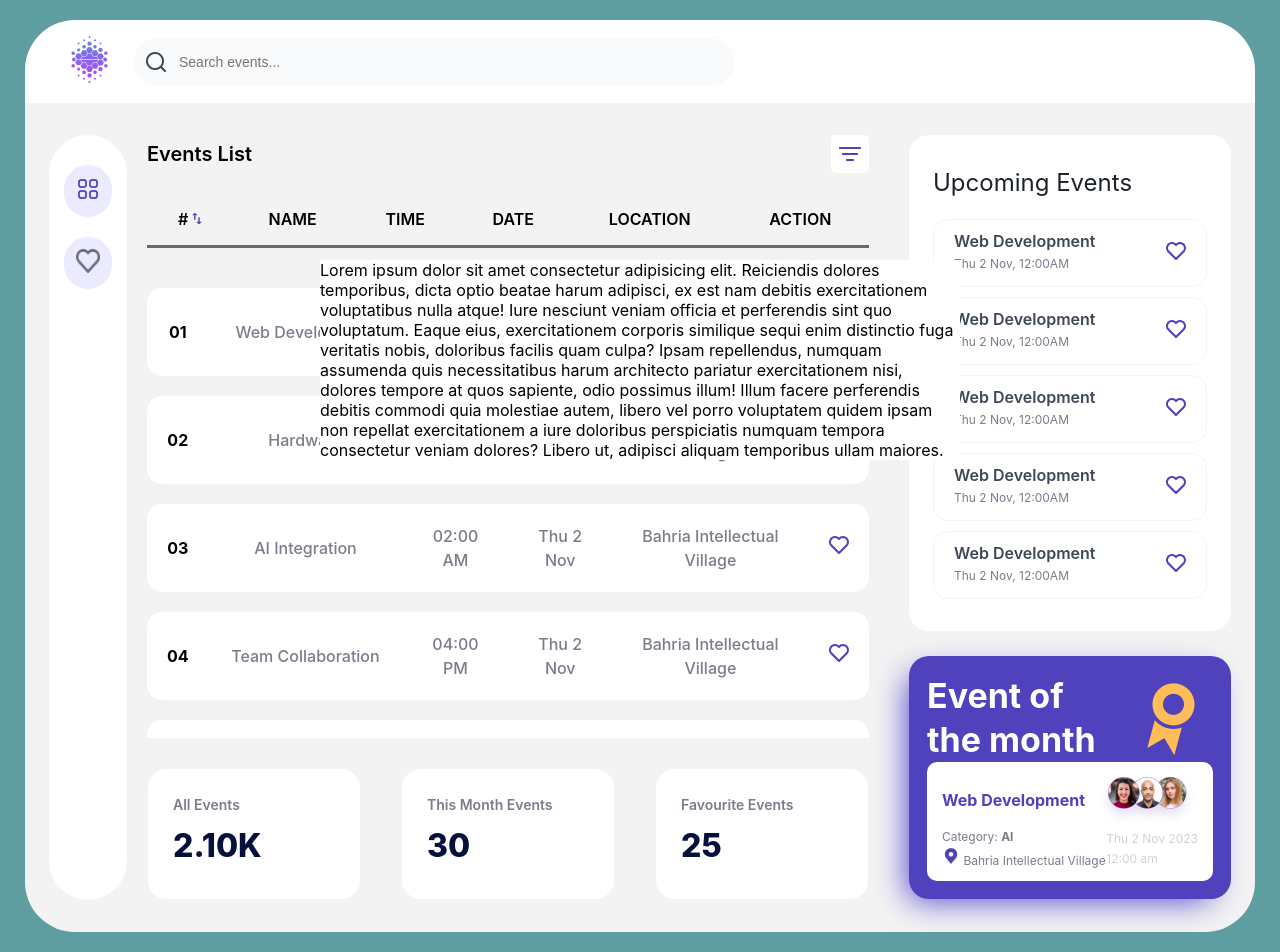
Repository: ahmadunitedsol710/react-dashboard
Page: /, after clicking the first element matching `tr.body_row`
An editor plug-in stored every save of this project. The page is shown before and after the next save, followed by the edit.
The browser window is 1280 px wide. The pictures show the whole page.
An inner scrolling area shows only its first screen. The project was rebuilt for these pictures with package versions that can differ from the ones it lists, and the page was loaded fresh each time.

Above is the page before, as saved 2024-08-02 09:27:23.

After the next save:
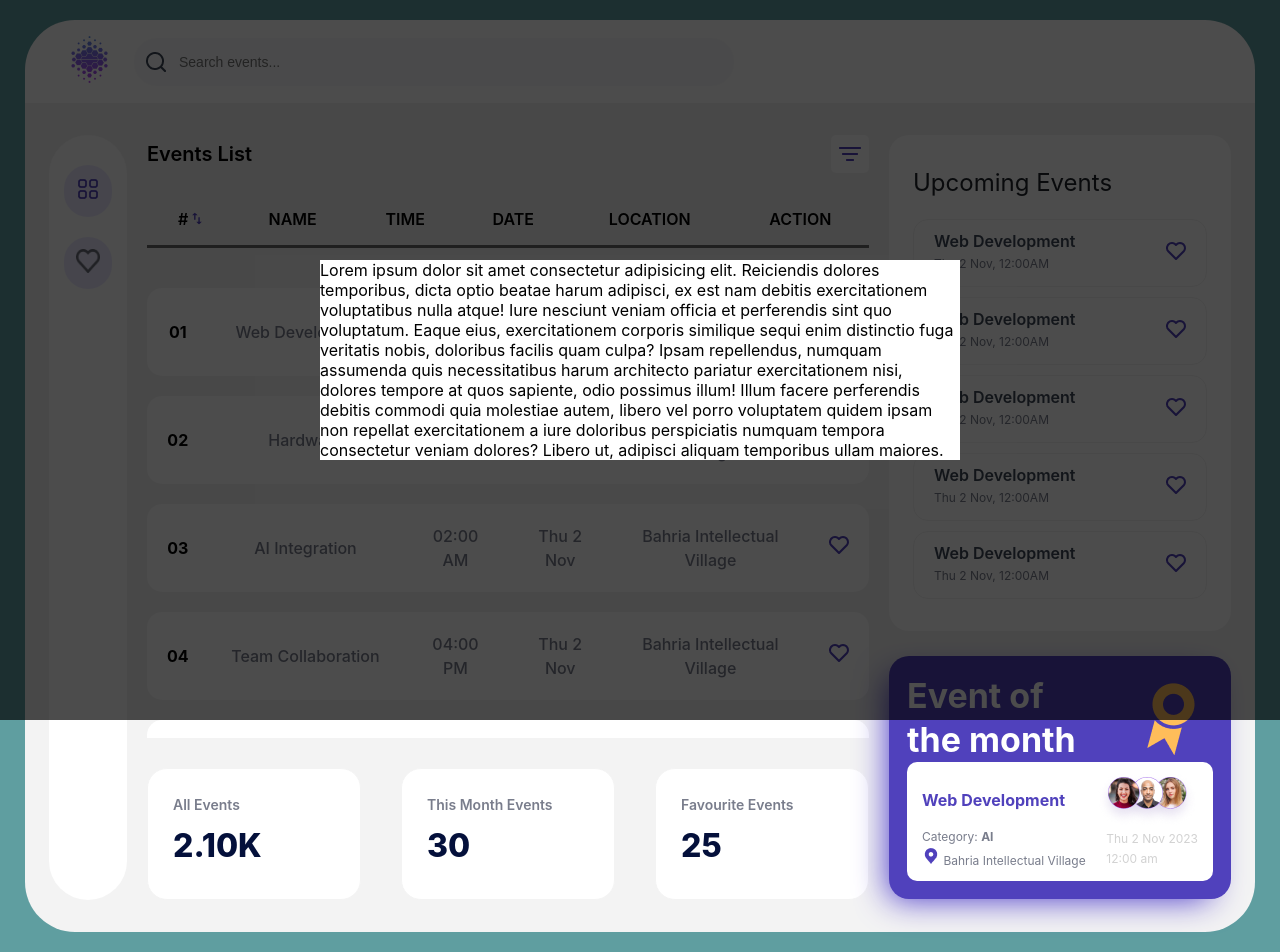
Saved 7 s later.
--- a/src/App.css
+++ b/src/App.css
@@ -162,6 +162,18 @@ th { text-align: center; font-size: 16px; font-weight: 600; line-height: 22px; p
 
 
 /* Detail Popup */
+.overlay {
+  position: fixed;
+  top: 0;
+  left: 0;
+  width: 100%;
+  height: 100%;
+  background: rgba(0, 0, 0, 0.7);
+  /* display: flex; */
+  justify-content: center;
+  align-items: center;
+}
+
 .detailpopup {
   position: absolute;
   background-color: #ffffff;
